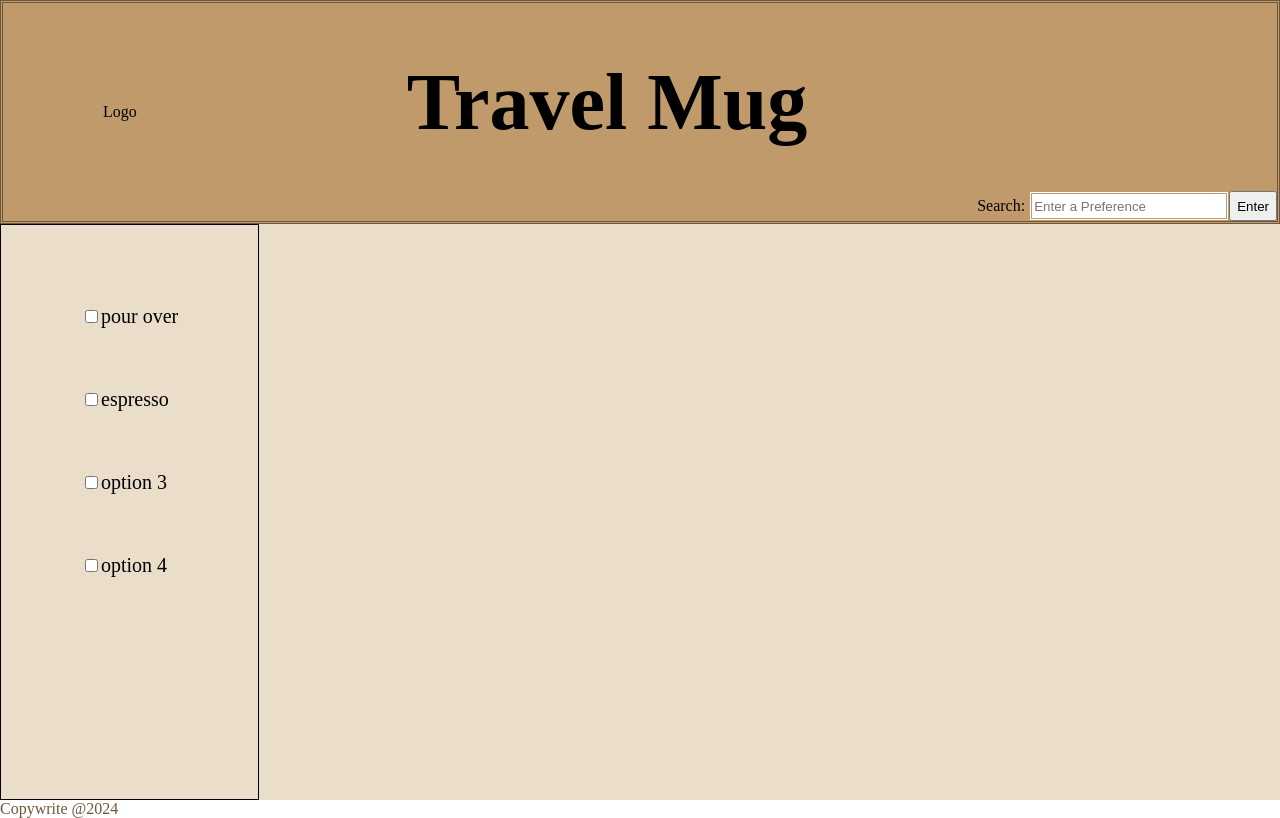
Repository: joshliu14/Travel-Mug
Page: /
The author's editor kept a copy of each file at every save. The page is drawn from the files as they stood at one save, then again after the next save.
The browser window is 1280 px wide. The pictures show the whole page.
The project was rebuilt for these pictures with package versions that can differ from the ones it lists, and the page was loaded fresh each time.

Above is the page before, as saved 2024-01-03 10:55:14.

### public/index.html
<!DOCTYPE html>
<html lang="en">
  <head>
    <meta charset="utf-8" />
    <link rel="icon" href="%PUBLIC_URL%/favicon.ico" />
    <link rel="stylesheet" href="./index.css" />
    <meta name="viewport" content="width=device-width, initial-scale=1" />
    <meta name="theme-color" content="#000000" />
    <meta
      name="description"
      content="Web site created using create-react-app"
    />
    <link rel="apple-touch-icon" href="%PUBLIC_URL%/logo192.png" />
    <!--
      manifest.json provides metadata used when your web app is installed on a
      user's mobile device or desktop. See https://developers.google.com/web/fundamentals/web-app-manifest/
    -->
    <link rel="manifest" href="%PUBLIC_URL%/manifest.json" />
    <!--
      Notice the use of %PUBLIC_URL% in the tags above.
      It will be replaced with the URL of the `public` folder during the build.
      Only files inside the `public` folder can be referenced from the HTML.

      Unlike "/favicon.ico" or "favicon.ico", "%PUBLIC_URL%/favicon.ico" will
      work correctly both with client-side routing and a non-root public URL.
      Learn how to configure a non-root public URL by running `npm run build`.
    -->
    <title>Travel Mug</title>
  </head>
  <body>
    <noscript>You need to enable JavaScript to run this app.</noscript>
    <div id="root"></div>
    <!--
      This HTML file is a template.
      If you open it directly in the browser, you will see an empty page.

      You can add webfonts, meta tags, or analytics to this file.
      The build step will place the bundled scripts into the <body> tag.

      To begin the development, run `npm start` or `yarn start`.
      To create a production bundle, use `npm run build` or `yarn build`.
    -->
  </body>
</html>

### src/index.js
import React from "react";
import ReactDOM from "react-dom";
import App from "./App";

import { BrowserRouter } from "react-router-dom";

ReactDOM.render(
  <BrowserRouter>
    <App />
  </BrowserRouter>,
  document.getElementById("root")
);

### src/App.js
import React from "react";
import Home from "./Home";

import { Switch, Route } from "react-router-dom";

const App = () => {
  return (
    <Switch>
      <Route exact path="/">
        <Home />
      </Route>
    </Switch>
  );
};

export default App;

### src/Home.js
import React from "react";
import "./Home.css";

class Home extends React.Component {
  constructor(props) {
    super(props);
    this.state = {
      filterOptions: [
        { name: "pour over", selected: false },
        { name: "espresso", selected: false },
        { name: "option 3", selected: false },
        { name: "option 4", selected: false },
      ],
    };
  }
  handleFilterChange = (index) => {
    const filterOptions = this.state.filterOptions.slice();
    filterOptions.splice(index, 1, {
      name: filterOptions[index].name,
      selected: !filterOptions[index].selected,
    });
    this.setState({ filterOptions });
  };

  render() {
    const filterOptions = this.state.filterOptions.map((option, index) => {
      return (
        <div className="filter" key={index}>
          <label>
            <input
              type="checkbox"
              value={option.name}
              checked={option.selected}
              onChange={() => this.handleFilterChange(index)}
            />
            {option.name}
          </label>
        </div>
      );
    });
    return (
      <div>
        <div className="top">
          <div className="logo">Logo</div>
          <div className="title">
            <h1>Travel Mug</h1>
          </div>
          <div className="search-container">
            Search:{" "}
            <input className="search-bar" placeholder="Enter a Preference" />
            <button>Enter</button>
          </div>
        </div>
        <div className="bottom">
          <div className="filter-container">{filterOptions}</div>
        </div>
        <footer>Copywrite @2024</footer>
      </div>
    );
  }
}

export default Home;

### src/Home.css
.top {
  background-color: #c19a6b;
  display: flex;
  justify-content: space-between;
  min-width: fit-content;
  min-height: 20vh;
  border-width: 3px;
  border-color: #6d573d;
  border-style: double;
}

.logo {
  padding: 100px;
}

.title {
  text-align: center;
  font-size: 40px;
}

.nav {
  align-self: last baseline;
  display: flex;
  justify-content: center;
}
.nav a {
  font-size: large;
  padding: 10px 20px;
  color: black;
  display: block;
  text-decoration: none;
}

.nav a:hover {
  color: aliceblue;
  background-color: #6d573d;
}
.bottom {
  background-color: #eaddca;
  display: flex;
  min-width: fit-content;
  min-height: 80vh;
}

.search-container {
  align-self: flex-end;
}

.search-container button {
  height: 30px;
}
.search-bar {
  width: 200px;
  height: 30px;
  box-sizing: border-box;
  border-width: 3px;
  border-color: #c19a6b;
  border-style: double;
}

.filter-container {
  margin-left: 0px;
  margin-right: 0px;
  padding: 40px;
  border: 1px solid black;
}

.filter {
  display: block;
  justify-content: center;
  padding: 20px;
  font-size: 20px;
  margin: 20px;
}

footer {
  color: #6d573d;
}

### public/index.css
html,
body {
  margin: 0px;
  padding: 0px;
}

After the next save:
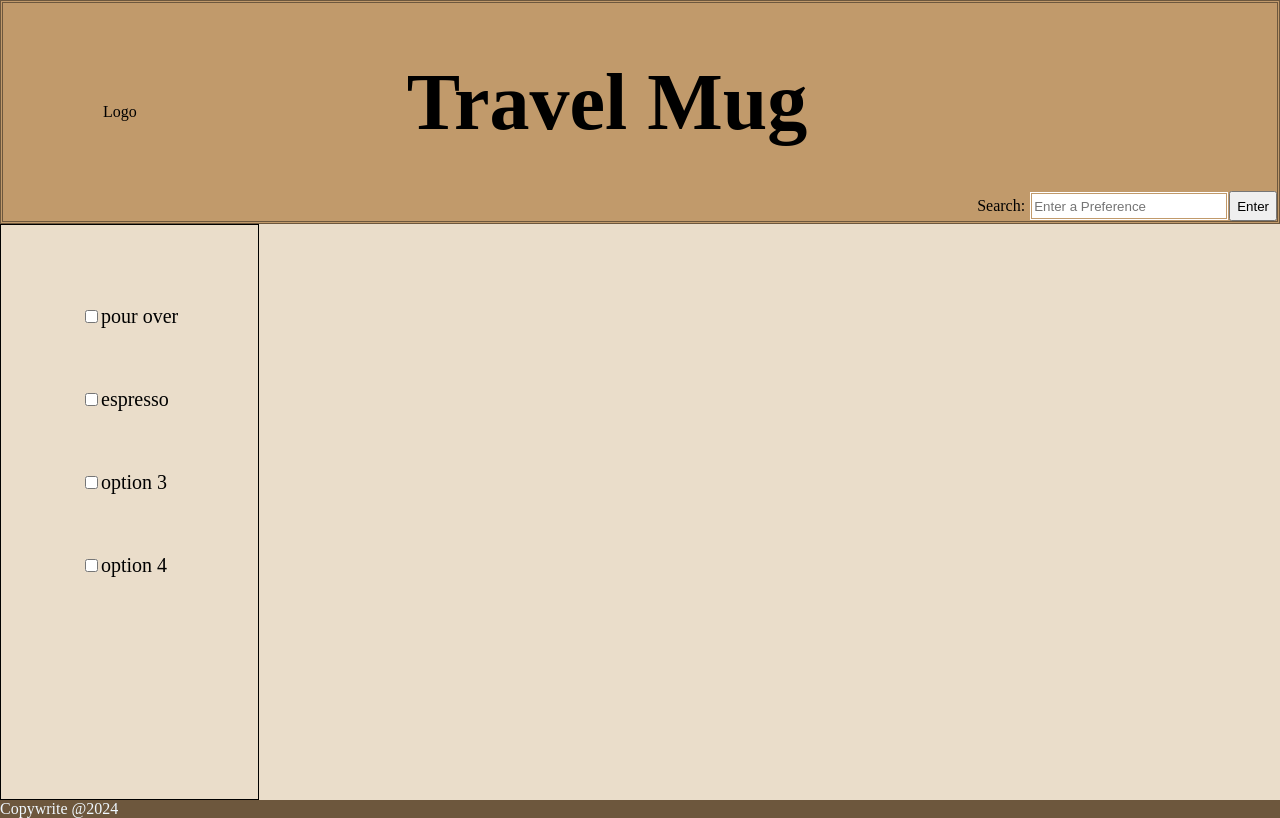
Saved 15 s later.
--- a/src/Home.css
+++ b/src/Home.css
@@ -74,5 +74,6 @@
 }
 
 footer {
-  color: #6d573d;
+  background-color: #6d573d;
+  color: aliceblue;
 }
